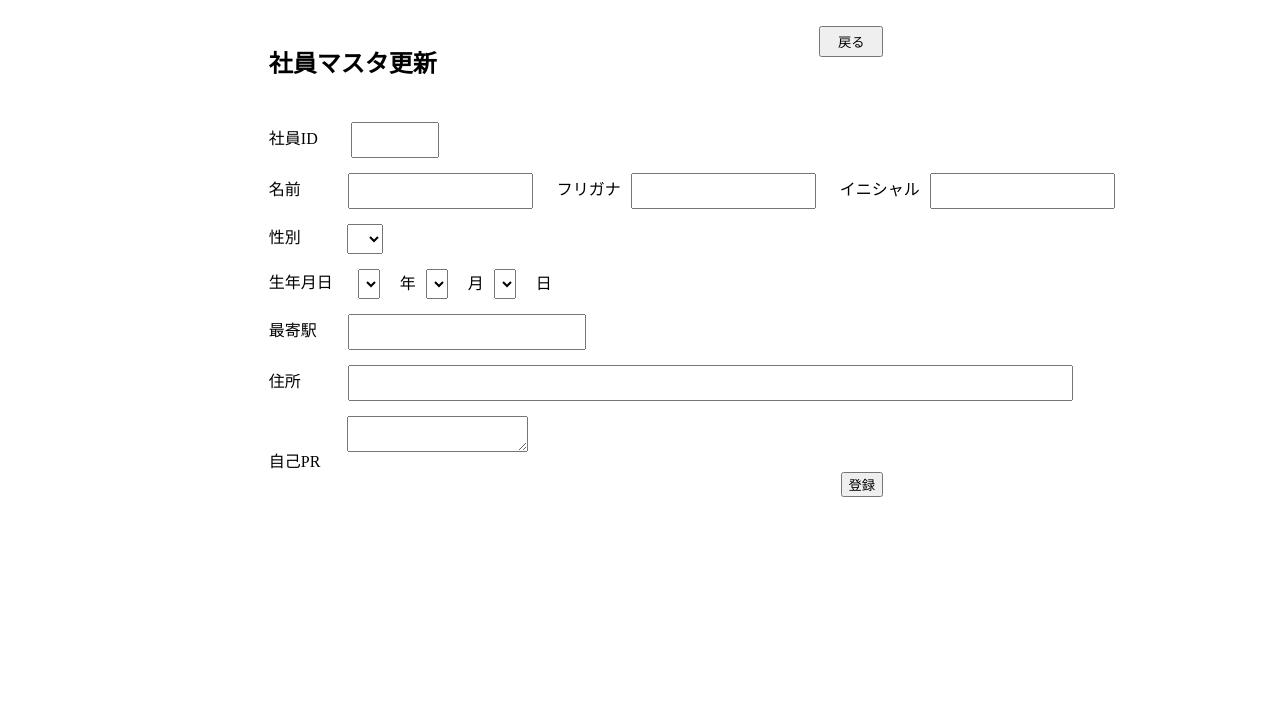
Repository: nguyenvantandev/WebApp
Page: http://localhost/EmployeeInfoSystem/EmployeeUpdate.jsp
An editor plug-in stored every save of this project. The page is shown before and after the next save, followed by the edit.
The browser window is 1280 px wide. The pictures show the whole page.
The page is served by Tomcat 9.

Above is the page before, as saved 2016-05-31 08:34:06.

After the next save:
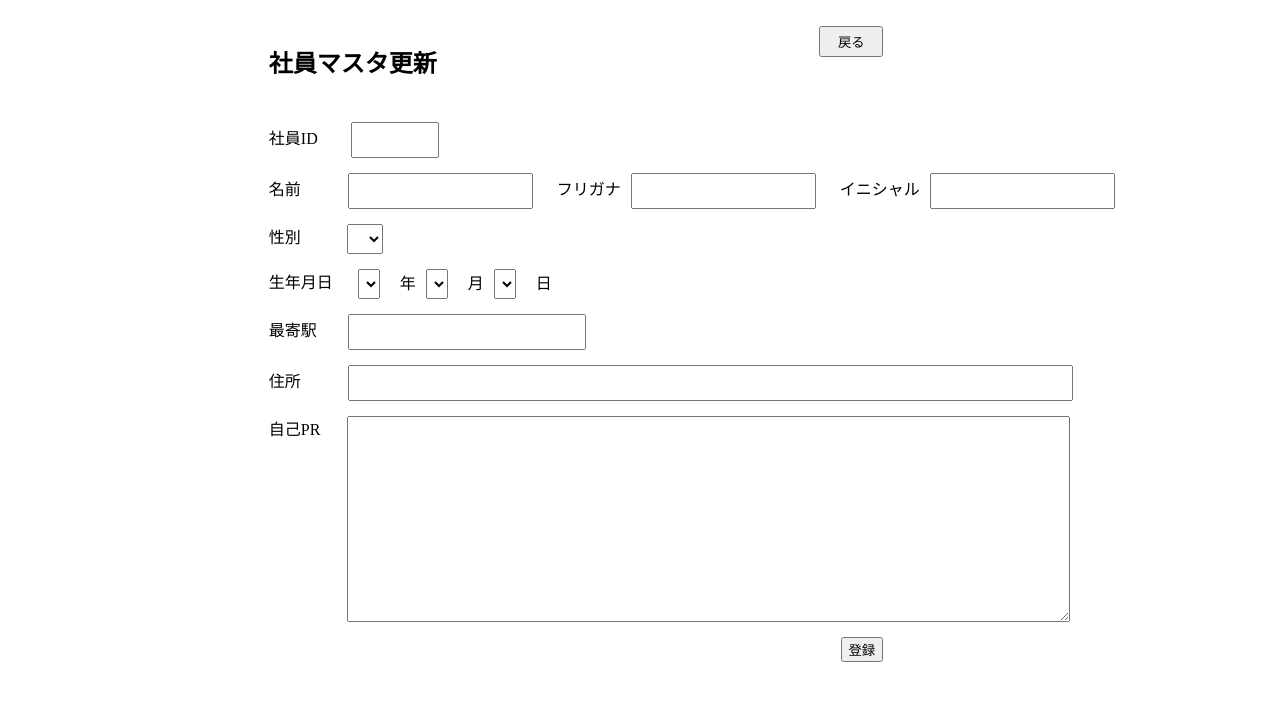
Saved 33 s later.
--- a/EmployeeInfoSystem/WebContent/css/EmployeeUpdate.css
+++ b/EmployeeInfoSystem/WebContent/css/EmployeeUpdate.css
@@ -62,9 +62,9 @@ h2 {
 #jusho{
 	    width: 717px;
 }
-#jikopr
+#jikopr{
 
     width: 717px;
     height: 200px;
-    /* vertical-align: top; */
+    vertical-align: top;
 }
